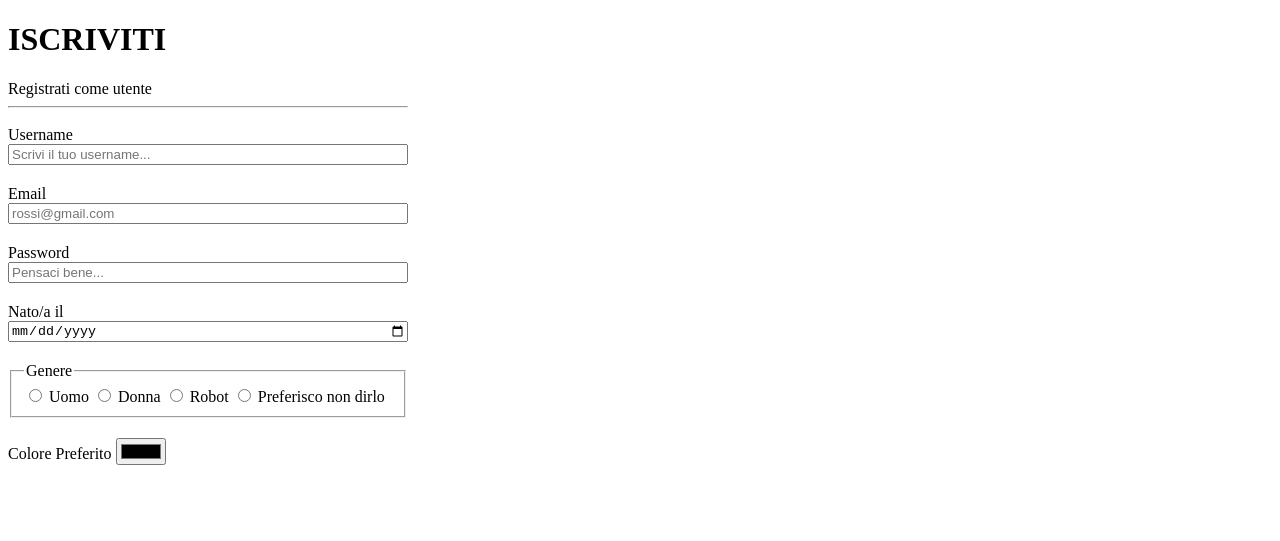
Repository: CryptoFamilyNFT/develhope
Page: html/form.html
These files come from the project's save history. The page is drawn as it stood at one moment and after the next save; the edit follows.
The browser window is 1280 px wide. The pictures show the whole page.

Above is the page before, as saved 2024-11-06 16:17:39.

### html/form.html
<!DOCTYPE html>
<html lang="en">
  <head>
    <meta charset="UTF-8" />
    <meta name="viewport" content="width=device-width, initial-scale=1.0" />
    <title>Document</title>
  </head>
  <style>
    form {
      max-width: 400px;
    }
    .container {
      display: flex;
      flex-direction: column;
      gap: 20px;
      padding-top: 10px;
    }

    .section {
      display: flex;
      flex-direction: column;
    }
  </style>
  <body>
    <form>
      <h1>ISCRIVITI</h1>
      <body1>Registrati come utente</body1>
      <hr />
      <div class="container">
        <div class="section">
          <label for="Username">Username</label>
          <input
            name="Username"
            id="username"
            placeholder="Scrivi il tuo username..."
          />
        </div>
        <div class="section">
          <label for="Email">Email</label>
          <input
            name="Email"
            id="Email"
            type="email"
            placeholder="rossi@gmail.com"
          />
        </div>
        <div class="section">
          <label for="password">Password</label>
          <input
            name="password"
            id="password"
            type="password"
            placeholder="Pensaci bene..."
          />
        </div>
        <div class="section">
          <label for="data_nascita">Nato/a il</label>
          <input
            name="data_nascita"
            id="data_nascita"
            type="date"
            min="1930-01-01"
            max="2023-31-12"
            placeholder="Pensaci bene..."
          />
        </div>
        <fieldset>
          <legend>Genere</legend>
          <div>
            <label for="Uomo">
              <input name="genere" id="genere_u" type="radio" value="Uomo" />
              Uomo
            </label>
            <label for="Donna">
              <input name="genere" id="genere_d" type="radio" value="Donna" />
              Donna
            </label>
            <label for="Donna">
              <input name="genere" id="genere_d" type="radio" value="Donna" />
              Robot
            </label>
            <label for="Unknow">
              <input
                name="genere"
                id="genere_unknow"
                type="radio"
                value="Unknow"
              />
              Preferisco non dirlo
            </label>
          </div>
        </fieldset>
        <div >
            <label for="colore_preferito">Colore Preferito</label>
            <input id="colore_preferito" name="colore_preferito" type="color"/>
        </div>
      </div>
    </form>
  </body>
</html>

After the next save:
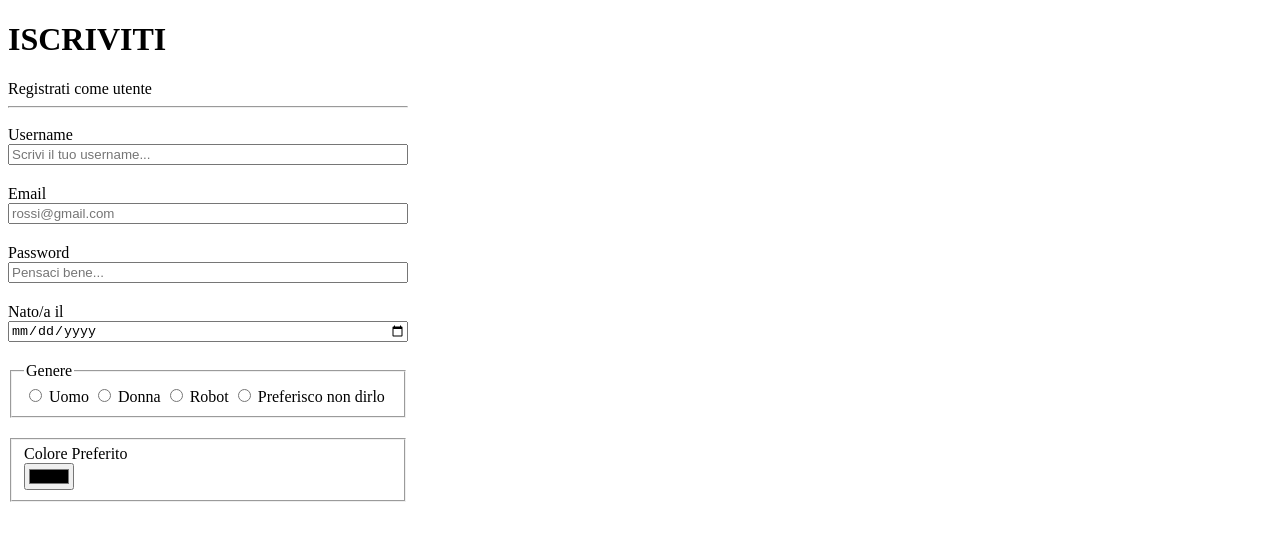
Saved 12 s later.
--- a/html/form.html
+++ b/html/form.html
@@ -90,10 +90,12 @@
             </label>
           </div>
         </fieldset>
-        <div >
+        <fieldset>
+          <div class="section">
             <label for="colore_preferito">Colore Preferito</label>
-            <input id="colore_preferito" name="colore_preferito" type="color"/>
-        </div>
+            <input id="colore_preferito" name="colore_preferito" type="color" />
+          </div>
+        </fieldset>
       </div>
     </form>
   </body>
